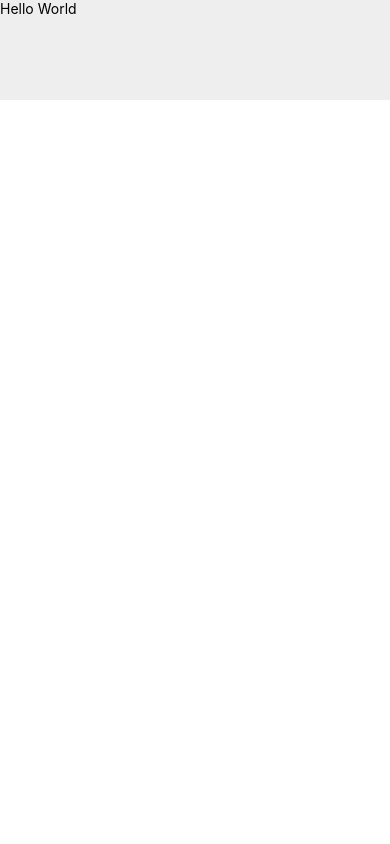
Repository: dodibahari019/TestFrontend
Screen: /
The author's editor kept a copy of each file at every save. The screen is drawn from the files as they stood at one save, then again after the next save.
The app was drawn by React Native's web renderer in a window 390 px wide. The project was rebuilt for these pictures with package versions that can differ from the ones it lists, and the page was loaded fresh each time. Some packages were replaced by stand-ins written for this rebuild.

Above is the screen before, as saved 2024-12-30 14:57:57.

### App.js
import { StatusBar } from 'expo-status-bar';
import { StyleSheet, Text, View, Dimensions } from 'react-native';

export default function App() {
  return (
    <View style={styles.container}>
      <StatusBar style="auto" />
      {/* <Text>Open up App.js to start working on your app!</Text> */}
      <View style={{ width:'100%', height:100, position:'absolute', top:0, backgroundColor:'#eeeeee' }}>
        <Text>Hello World</Text>
      </View>
    </View>
  );
}

const styles = StyleSheet.create({
  container: {
    flex: 1,
    backgroundColor: '#fff',
    alignItems: 'center',
    justifyContent: 'center',
  },
});

Loaded but not shown: index.js (common file)

After the next save:
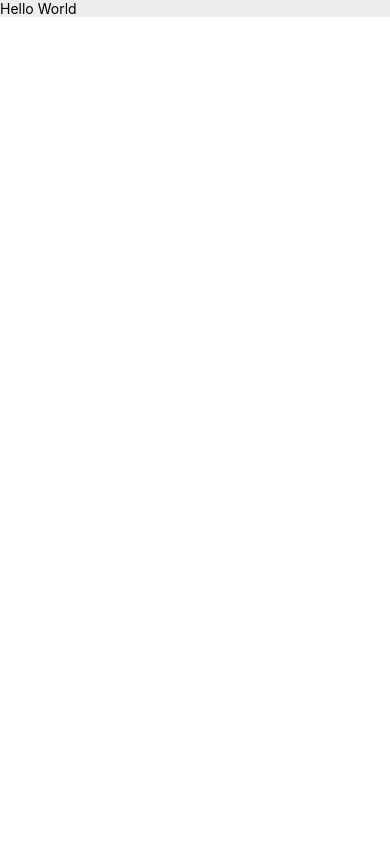
Saved 10 s later.
--- a/App.js
+++ b/App.js
@@ -6,7 +6,7 @@ export default function App() {
     <View style={styles.container}>
       <StatusBar style="auto" />
       {/* <Text>Open up App.js to start working on your app!</Text> */}
-      <View style={{ width:'100%', height:100, position:'absolute', top:0, backgroundColor:'#eeeeee' }}>
+      <View style={{ width:'100%', height:'100', position:'absolute', top:0, backgroundColor:'#eeeeee' }}>
         <Text>Hello World</Text>
       </View>
     </View>
